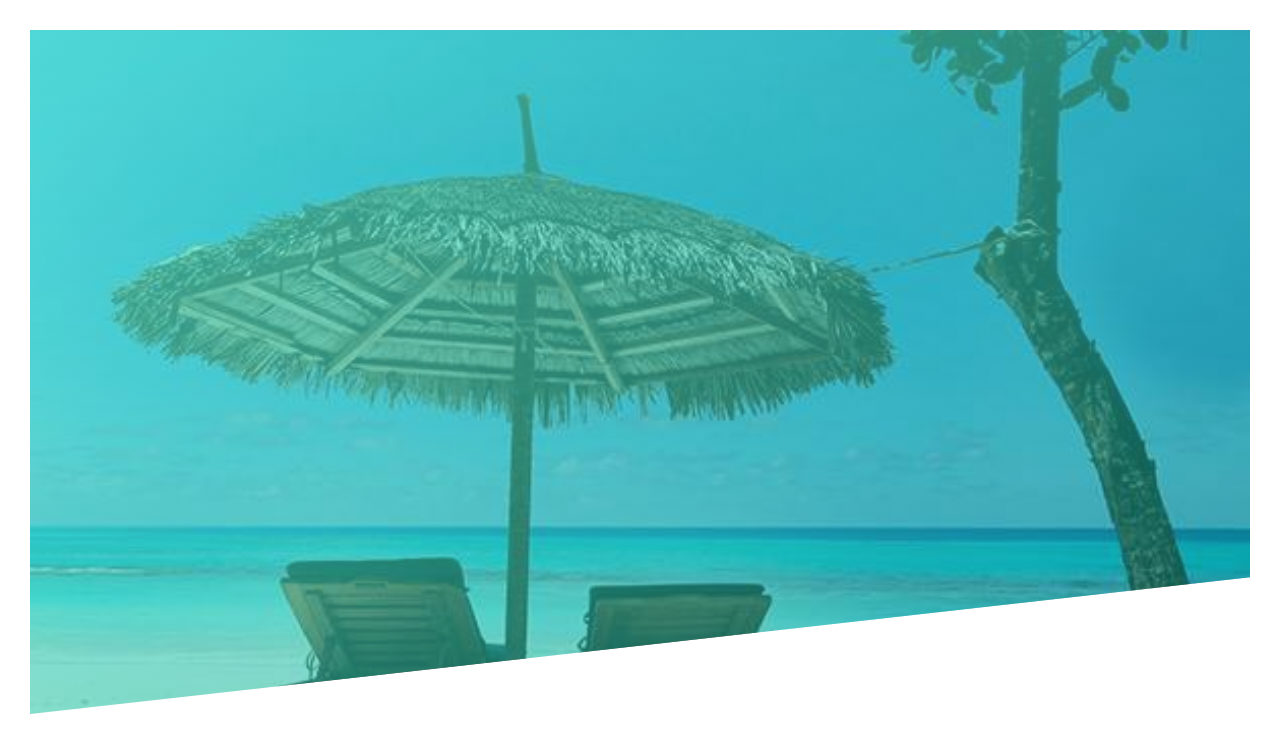
Repository: Azariagmt/tour-and-travel
Page: index.html
These files come from the project's save history. The page is drawn as it stood at one moment and after the next save; the edit follows.
The browser window is 1280 px wide. The pictures show the whole page.

Above is the page before, as saved 2020-03-24 16:37:49.

After the next save:
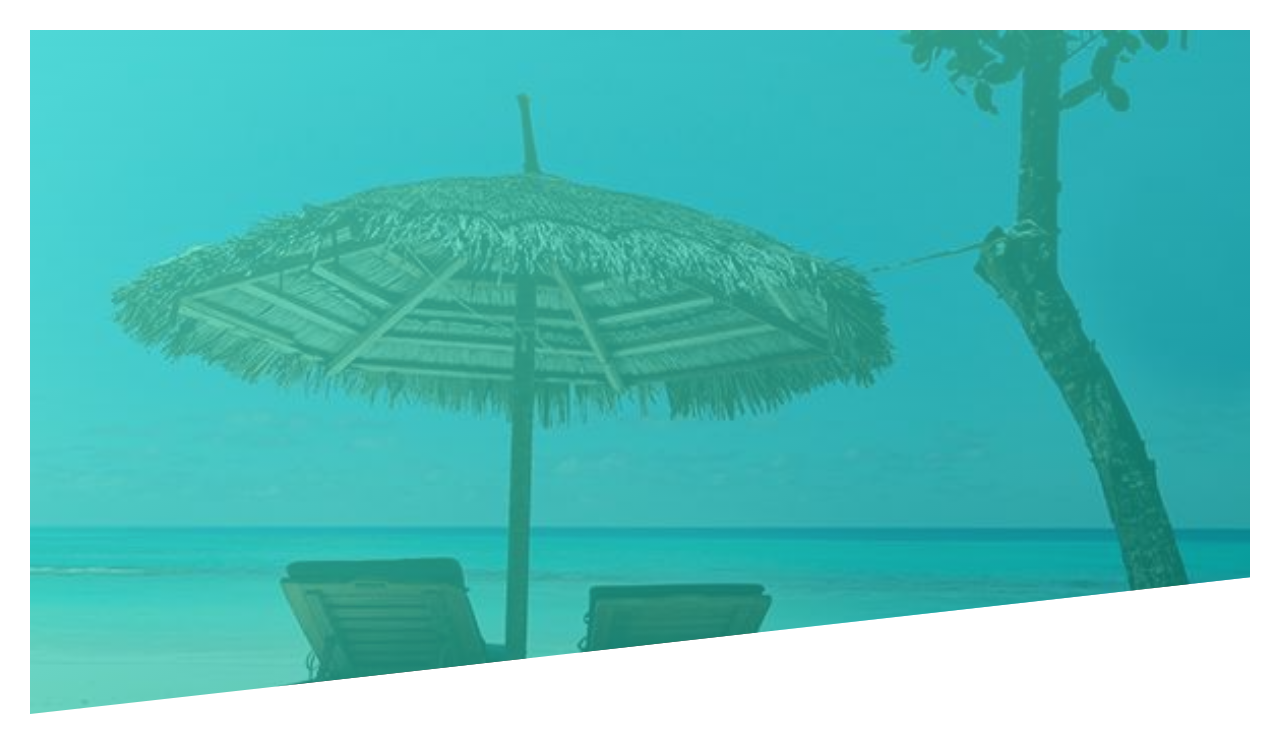
Saved 6 s later.
--- a/css/style.css
+++ b/css/style.css
@@ -15,7 +15,7 @@
 
 .header {
   height: 95vh;
-  background-image: linear-gradient(to right bottom, #64ffdbb9, #00897b84),
+  background-image: linear-gradient(to right bottom, #64ffdbb9, #00897bb9),
     url(../img/2.jpg);
   background-size: cover;
   background-position: top;
